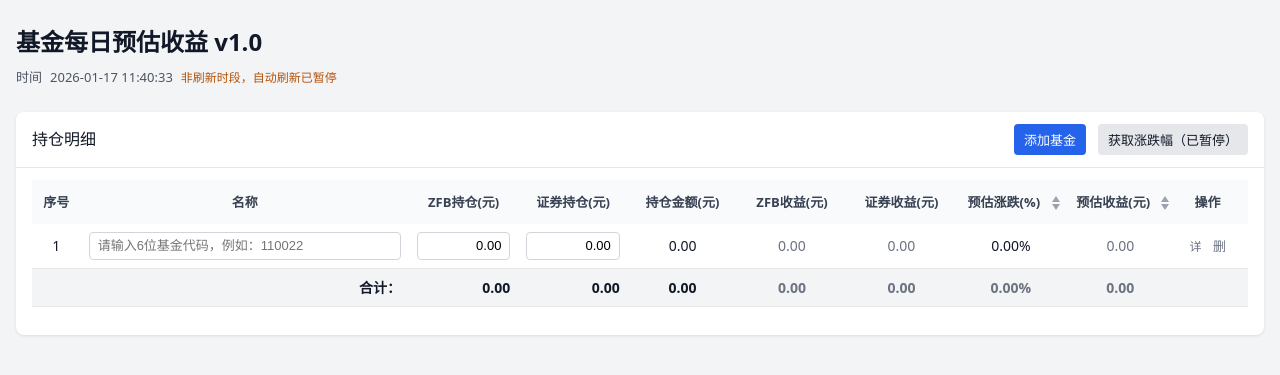
Repository: zt-boom/finance
Page: index.html
An editor plug-in stored every save of this project. The page is shown before and after the next save, followed by the edit.
The browser window is 1280 px wide. The pictures show the whole page.

Above is the page before, as saved 2026-01-19 21:28:11.

### index.html
<!DOCTYPE html>
<html lang="zh-CN">
<head>
<meta charset="UTF-8">
<title>基金每日预估收益 v1.0</title>
<meta name="viewport" content="width=device-width,initial-scale=1">
<link rel="stylesheet" href="./style.css">
</head>
<body>
<div class="app">
<header class="app-header">
<h1>基金每日预估收益 v1.0</h1>
<div class="date-row">
<span>时间</span>
<span id="current-date"></span>
<span id="trading-status" class="trading-status"></span>
</div>
</header>
<main class="app-main">
<section class="card">
<div class="card-header">
<h2>持仓明细</h2>
<div class="card-header-actions">
<button id="add-fund-btn" class="primary-button">添加基金</button>
<button id="fetch-percent-btn" class="secondary-button">
获取涨跌幅<span id="fetch-btn-status">（300s）</span>
</button>
</div>
</div>
<div class="card-body">
<div class="table-wrapper">
<table class="fund-table">
<thead>
<tr>
<th class="index-col">序号</th>
<th>名称</th>
<th>ZFB持仓(元)</th>
<th>证券持仓(元)</th>
<th>持仓金额(元)</th>
<th>ZFB收益(元)</th>
<th>证券收益(元)</th>
<th class="sortable" data-sort="percent"><span class="th-label">预估涨跌(%)</span><span class="sort-state"></span></th>
<th class="sortable" data-sort="profit"><span class="th-label">预估收益(元)</span><span class="sort-state"></span></th>
<th>操作</th>
</tr>
</thead>
<tbody id="fund-table-body"></tbody>
        <tfoot>
          <tr class="summary-row">
            <td colspan="2">合计：</td>
            <td><span id="total-zfb-amount">0.00</span></td>
            <td><span id="total-stock-amount">0.00</span></td>
            <td><span id="total-amount">0.00</span></td>
            <td><span id="total-zfb-profit">0.00</span></td>
            <td><span id="total-stock-profit">0.00</span></td>
            <td><span id="total-percent">0.00%</span></td>
            <td><span id="total-profit">0.00</span></td>
            <td></td>
          </tr>
        </tfoot>
</table>
</div>
</div>
</section>
</main>
</div>
<script src="./main.js"></script>
</body>
</html>

### style.css
* {
box-sizing: border-box;
margin: 0;
padding: 0;
}

body {
font-family: system-ui, -apple-system, BlinkMacSystemFont, "Segoe UI", sans-serif;
background-color: #f3f4f6;
color: #111827;
line-height: 1.5;
}

.app {
 max-width: 1300px;
margin: 0 auto;
padding: 24px 16px 40px;
}

.app-header {
display: flex;
flex-direction: column;
gap: 8px;
margin-bottom: 24px;
}

.app-header h1 {
font-size: 24px;
font-weight: 600;
color: #111827;
}

.date-row {
display: flex;
gap: 8px;
align-items: center;
font-size: 13px;
color: #4b5563;
}
.trading-status {
 font-size: 12px;
 color: #6b7280;
}
.trading-status.paused {
 color: #b45309;
}

.date-row span:last-child {
font-family: ui-monospace, SFMono-Regular, Menlo, Monaco, Consolas, "Liberation Mono", "Courier New", monospace;
font-variant-numeric: tabular-nums;
}

.app-main {
display: flex;
flex-direction: column;
gap: 16px;
}

.card {
background-color: #ffffff;
border-radius: 8px;
box-shadow: 0 1px 3px rgba(15, 23, 42, 0.1);
overflow: hidden;
}

.card-header {
display: flex;
justify-content: space-between;
align-items: center;
padding: 12px 16px;
border-bottom: 1px solid #e5e7eb;
}

.card-header h2 {
font-size: 16px;
font-weight: 500;
}

.card-header-actions {
display: flex;
align-items: center;
gap: 12px;
}

.card-body {
padding: 12px 16px 16px;
}

.table-wrapper {
overflow-x: auto;
margin-bottom: 12px;
}

.fund-table {
 width: 100%;
 border-collapse: collapse;
 font-size: 14px;
 table-layout: fixed;
}

.fund-table td {
 border-bottom: 1px solid #e5e7eb;
 padding: 8px 8px;
 text-align: left;
}

.fund-table th.index-col,
.fund-table td[data-role="row-index"] {
 width: 4%;
text-align: center;
cursor: grab;
}

.fund-table td:nth-child(3),
.fund-table td:nth-child(4),
.fund-table td:nth-child(5),
.fund-table td:nth-child(6),
.fund-table td:nth-child(7),
.fund-table td:nth-child(8),
.fund-table td:nth-child(9) {
text-align: center;
white-space: nowrap;
}

.fund-table thead {
background-color: #f9fafb;
}

.fund-table th {
 font-weight: 600;
 color: #374151;
 text-align: center;
 padding: 8px 8px;
 line-height: 28px;
 font-size: 13px;
}
.fund-table th.sortable {
 cursor: pointer;
}
.fund-table th.sortable {
 position: relative;
 padding-right: 22px;
}
.fund-table th.sortable .th-label {
 display: inline-block;
}
.fund-table th.sortable .sort-state {
 display: inline-block;
 width: 6em;
 margin-left: 6px;
 color: #6b7280;
 text-align: left;
}
.fund-table th.sortable::before {
 content: "";
 display: inline-block;
 width: 0;
 height: 0;
 border-left: 4px solid transparent;
 border-right: 4px solid transparent;
 border-bottom: 6px solid #9ca3af;
 position: absolute;
 right: 6px;
 top: 50%;
 transform: translateY(-6px);
}
.fund-table th.sortable::after {
 content: "";
 display: inline-block;
 width: 0;
 height: 0;
 border-left: 4px solid transparent;
 border-right: 4px solid transparent;
 border-top: 6px solid #9ca3af;
 position: absolute;
 right: 6px;
 top: 50%;
 transform: translateY(2px);
}
.fund-table th.sortable.sort-asc::before {
 border-bottom-color: #2563eb;
}
.fund-table th.sortable.sort-desc::after {
 border-top-color: #2563eb;
}

.fund-table tbody tr:nth-child(even) {
background-color: #f9fafb;
}

.fund-table tbody tr:hover {
background-color: #eef2ff;
}

.fund-table tr.dragging {
opacity: 0.7;
}

.fund-table input {
 width: 100%;
 height: 28px;
 padding: 3px 8px;
 font-size: 13px;
 border-radius: 4px;
 border: 1px solid #d1d5db;
 outline: none;
 text-align: right;
}

.fund-table input.narrow-number-input {
 width: 100%;
 margin: 0;
}

.fund-table td:nth-child(2) input {
text-align: left;
}

.fund-table th:nth-child(2),
.fund-table td:nth-child(2) {
 width: 27%;
}

.fund-table th:nth-child(10),
.fund-table td:nth-child(10) {
 width: 6%;
padding-left: 0;
text-align: center;
}

.fund-table th:nth-child(3),
.fund-table td:nth-child(3),
.fund-table th:nth-child(4),
.fund-table td:nth-child(4),
.fund-table th:nth-child(5),
.fund-table td:nth-child(5),
.fund-table th:nth-child(6),
.fund-table td:nth-child(6),
.fund-table th:nth-child(7),
.fund-table td:nth-child(7),
.fund-table th:nth-child(8),
.fund-table td:nth-child(8),
.fund-table th:nth-child(9),
.fund-table td:nth-child(9) {
 width: 9%;
}

.fund-table input[type="number"]::-webkit-outer-spin-button,
.fund-table input[type="number"]::-webkit-inner-spin-button {
-webkit-appearance: none;
margin: 0;
}

.fund-table input[type="number"] {
-moz-appearance: textfield;
}

.fund-table input:focus {
border-color: #2563eb;
box-shadow: 0 0 0 1px rgba(37, 99, 235, 0.2);
}

.value-positive {
color: #ef4444;
}

.value-negative {
color: #10b981;
}

.value-zero {
color: #6b7280;
}

.summary-row td {
font-weight: 600;
color: #111827;
background-color: #f3f4f6;
}

.summary-row td:first-child {
text-align: right;
padding-right: 8px;
}

.summary-items {
display: flex;
flex-wrap: wrap;
gap: 4px 16px;
justify-content: flex-end;
align-items: center;
}

#fetch-btn-status {
  display: inline-block;
  min-width: 4.5em;
  text-align: center;
}

.summary-items span {
font-weight: 500;
white-space: nowrap;
}

.summary-left {
display: flex;
flex-wrap: wrap;
gap: 4px 16px;
align-items: center;
}

.summary-items span strong {
font-size: 18px;
margin-left: 4px;
font-family: ui-monospace, SFMono-Regular, Menlo, Monaco, Consolas, "Liberation Mono", "Courier New", monospace;
}

#total-amount {
color: #111827;
}

#total-zfb-amount,
#total-stock-amount {
  display: inline-block;
  width: 100%;
  text-align: right;
}

.primary-button,
.secondary-button,
.danger-button {
border-radius: 4px;
border: none;
cursor: pointer;
font-size: 13px;
padding: 6px 10px;
display: flex;
align-items: center;
justify-content: center;
}

.primary-button {
background-color: #2563eb;
color: #ffffff;
}

.primary-button:hover {
background-color: #1d4ed8;
}

.secondary-button {
background-color: #e5e7eb;
color: #111827;
}

.secondary-button:hover {
background-color: #d1d5db;
}

.danger-button {
 background-color: transparent;
 color: #6b7280;
 border: none;
 margin: 0 auto;
 width: 24px;
 height: 24px;
 border-radius: 9999px;
 display: inline-flex;
 align-items: center;
 justify-content: center;
}

.danger-button:hover {
 background-color: #fee2e2;
 color: #b91c1c;
}

.icon-button {
 width: 24px;
 height: 24px;
 border-radius: 9999px;
 border: none;
 cursor: pointer;
 font-size: 12px;
 display: inline-flex;
 align-items: center;
 justify-content: center;
 background-color: transparent;
 color: #6b7280;
}

.icon-button:hover {
 background-color: #e5e7eb;
}

.actions-row {
display: none;
}

.instructions {
font-size: 13px;
color: #4b5563;
}

.instructions ol {
padding-left: 18px;
display: flex;
flex-direction: column;
gap: 4px;
}

@media (max-width: 640px) {
.app {
padding-inline: 12px;
}
.card-header {
flex-direction: column;
gap: 8px;
align-items: flex-start;
}
}

Loaded but not shown: main.js (1485 lines, source omitted)

After the next save:
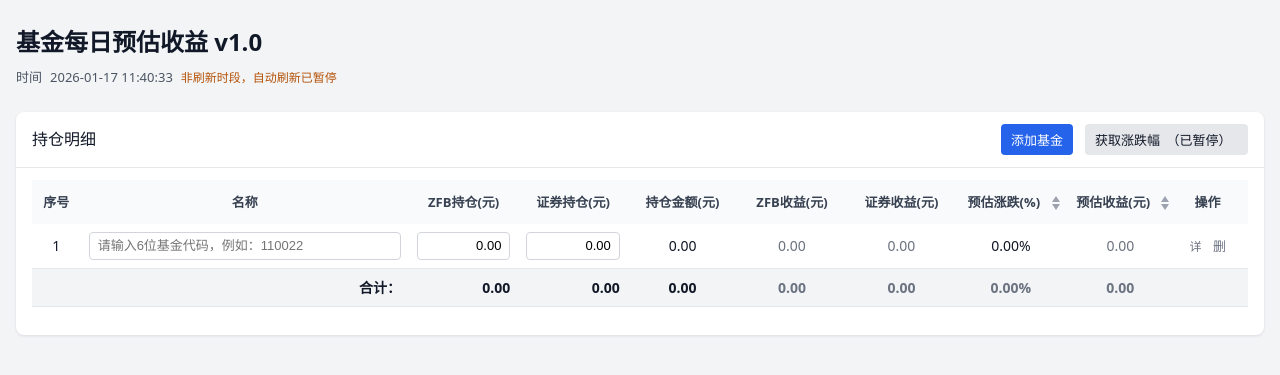
Saved 42 s later.
--- a/style.css
+++ b/style.css
@@ -293,7 +293,7 @@ align-items: center;
 
 #fetch-btn-status {
   display: inline-block;
-  min-width: 4.5em;
+  min-width: 6em;
   text-align: center;
 }
 
